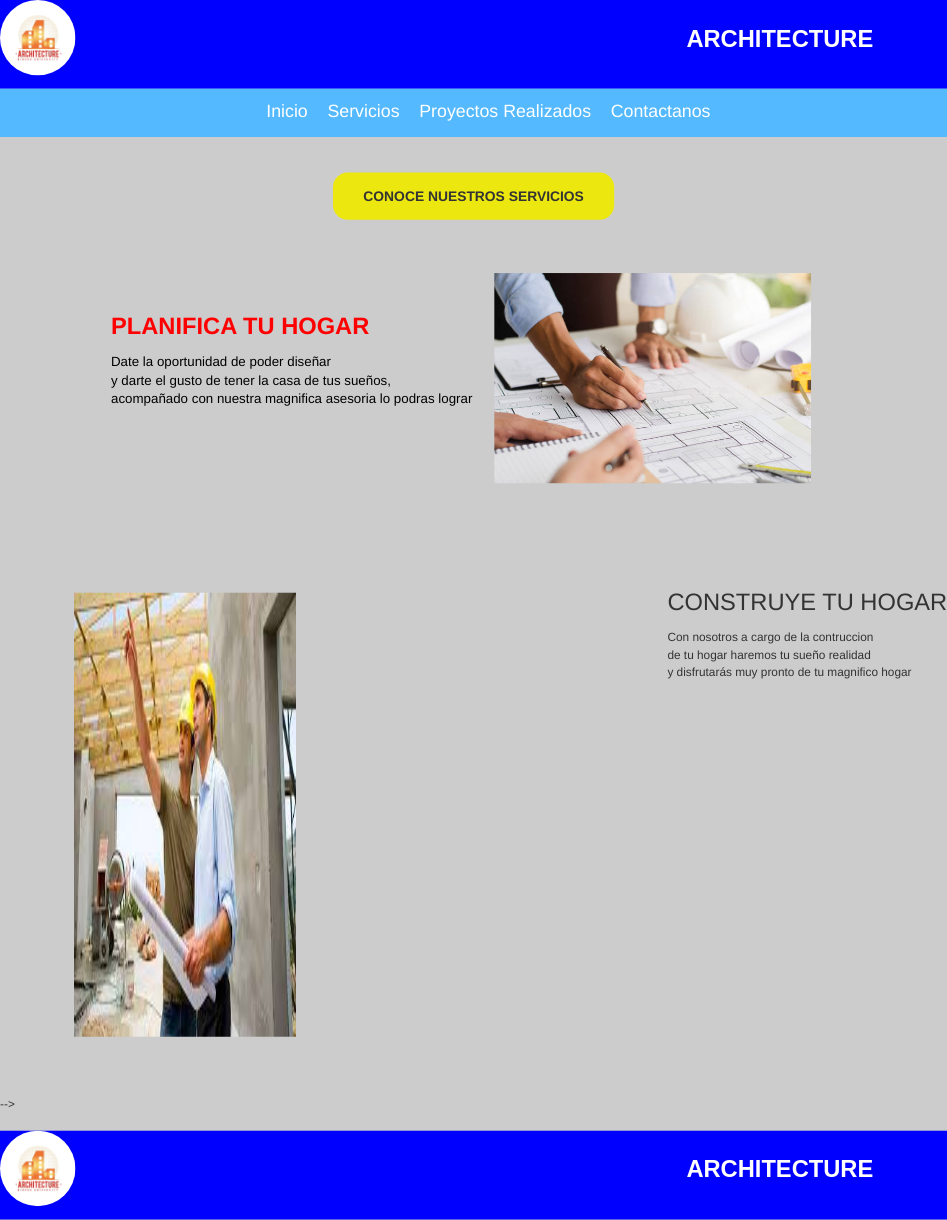
Repository: gabrielestrella18/htdocs
Page: http://localhost/arquitectos/servicios.php
The author's editor kept a copy of each file at every save. The page is drawn from the files as they stood at one save, then again after the next save.
The browser window is 1280 px wide. The pictures show the whole page, at 74% of full size.
The page is run by PHP 8.4 with error messages shown; the project is at /var/www/html/.

Above is the page before, as saved 2023-12-07 21:37:31.

After the next save:
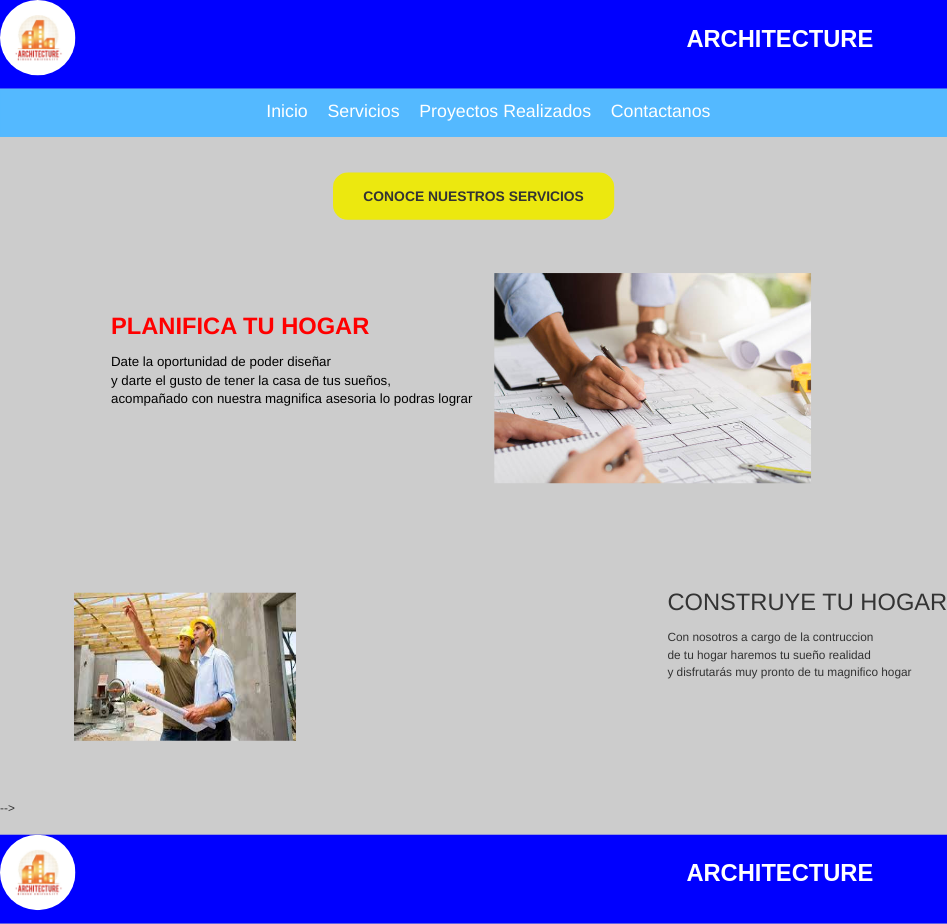
Saved 7 s later.
--- a/arquitectos/estilo.css
+++ b/arquitectos/estilo.css
@@ -183,5 +183,5 @@ p {
 .co {
     padding-left: 100px;
     width: 400px;
-    height: 600px;
+    height: 200px;
 }
